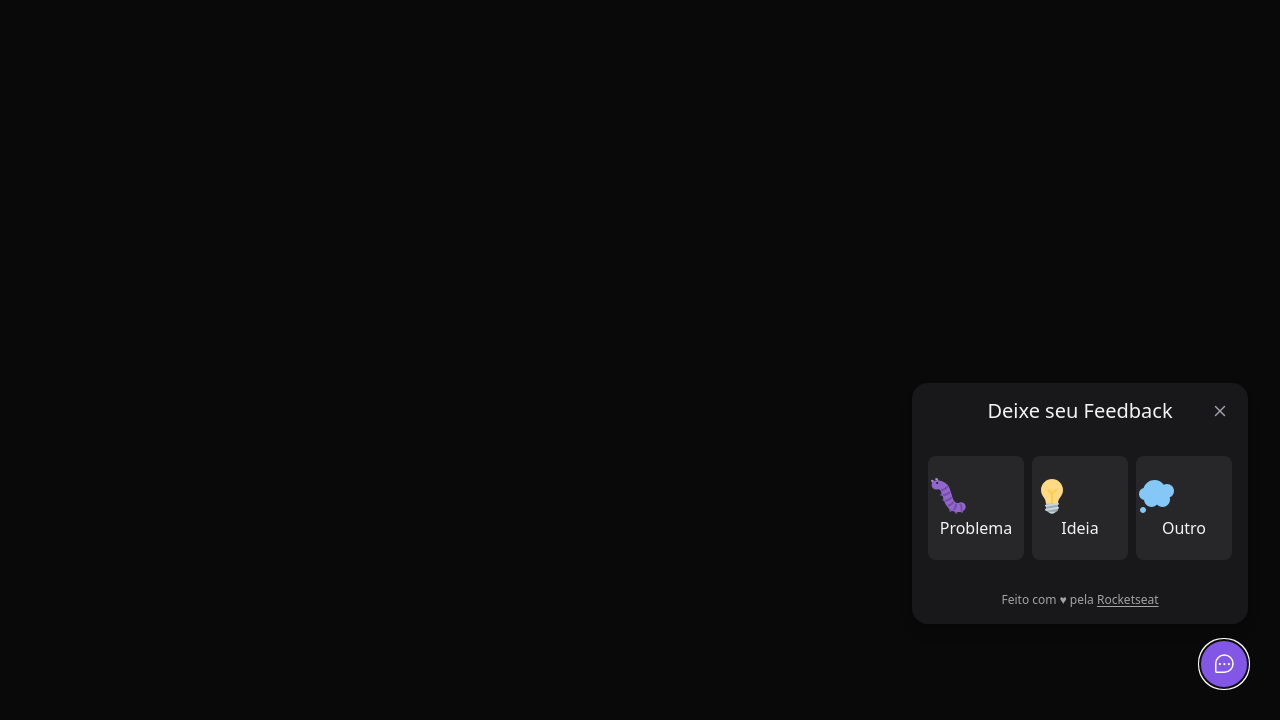
Repository: guilhermecardoso93/nlwreturn-react
Page: /, after clicking the first element matching `#headlessui-popover-button-4`
The author's editor kept a copy of each file at every save. The page is drawn from the files as they stood at one save, then again after the next save.
The browser window is 1280 px wide. The pictures show the whole page.
The project was rebuilt for these pictures with package versions that can differ from the ones it lists, and the page was loaded fresh each time. Also part of the build but not shown: vite.config.ts.

Above is the page before, as saved 2022-05-03 21:23:51.

### src/main.tsx
import React from "react";
import ReactDOM from "react-dom";
import { App } from "./App";

import "./global.css";

ReactDOM.render(
  <React.StrictMode>
    <App />
  </React.StrictMode>,
  document.getElementById("root")
);

### src/App.tsx
import { Widget } from "./components/Widget";

export function App() {
  return (
    <>
      <Widget/>
    </>
  );
}

### src/global.css
@tailwind base;
@tailwind components;
@tailwind utilities;

body {
  @apply bg-[#09090a] text-zinc-100
}

### src/components/Widget.tsx
import { Popover } from "@headlessui/react";
import { ChatTeardropDots } from "phosphor-react";
import { WidgetForm } from "./WidgetForm";

export function Widget() {
  return (
    <>
      <Popover className="absolute bottom-4 right-4 md:bottom-8 md:right-8 flex flex-col items-end">
        <Popover.Panel>
          <WidgetForm/>
        </Popover.Panel>
        <Popover.Button className="bg-brand-500 rounded-full px-3 h-12 text-white flex items-center group">
          <ChatTeardropDots className="w-6 h-6" />
          <span className="max-w-0 overflow-hidden group-hover:max-w-xs transition-all duration-500 ease-linear">
            <span className="pl-2"></span>
            Feedback
          </span>
        </Popover.Button>
      </Popover>
    </>
  );
}

### src/components/WidgetForm.tsx
import { CloseButton } from "./CloseButton";

import bugImageUrl from "../assets/bug.svg";
import ideiaImageUrl from "../assets/idea.svg";
import thoughtImageUrl from "../assets/thought.svg";

const feedbackTypes = {
  BUG: {
    title: "Problema",
    image: {
      source: bugImageUrl,
      alt: "Imagem de um inseto"
    }
  },
  IDEIA: {
    title: "Ideia",
    image: {
      source: ideiaImageUrl,
      alt: "Imagem de uma lâmpada"
    }
  },
  OTHER: {
    title: "Outro",
    image: {
      source: thoughtImageUrl,
      alt: "Imagem de balão de pensamento"
    }
  }
};

export function WidgetForm() {
  return (
    <div className="bg-zinc-900 p-4 relative rounded-2xl mb-4 flex flex-col items-center shadow-lg w-[calc(100vw-2rem)] md:w-auto">
      <header>
        <span className="text-xl leading-6">Deixe seu Feedback</span>
        <CloseButton />
      </header>
      <div className="flex py-8 gap-2 w-full">
        {Object.entries(feedbackTypes).map(([key, value]) => {
          return (
            <button
              className="bg-zinc-800 rounded-lg py-5 w-24 flex-1 flex-col items-center gap-2"
              type='button'
            >
              <img src={value.image.source} alt={value.image.alt} />
              <span>{value.title}</span>
            </button>
          );
        })}
      </div>
      <footer className="text-xs text-neutral-400">
        Feito com ♥ pela{" "}
        <a
          href="https://rocketseat.com.br"
          target="_blank"
          className="underline underline-offset-2"
        >
          Rocketseat
        </a>
      </footer>
    </div>
  );
}

### src/components/CloseButton.tsx
import { Popover } from "@headlessui/react";
import { X } from "phosphor-react";

export function CloseButton() {
  return (
    <Popover.Button
      className="top-5 right-5 absolute text-zinc-400 hover:text-zinc-100"
      title="Fechar formulário de Feedback"
    >
      <X className="w-4 h-4" weight="bold" />
    </Popover.Button>
  );
}

Loaded but not shown: index.html (common file); tailwind.config.js (common file)

After the next save:
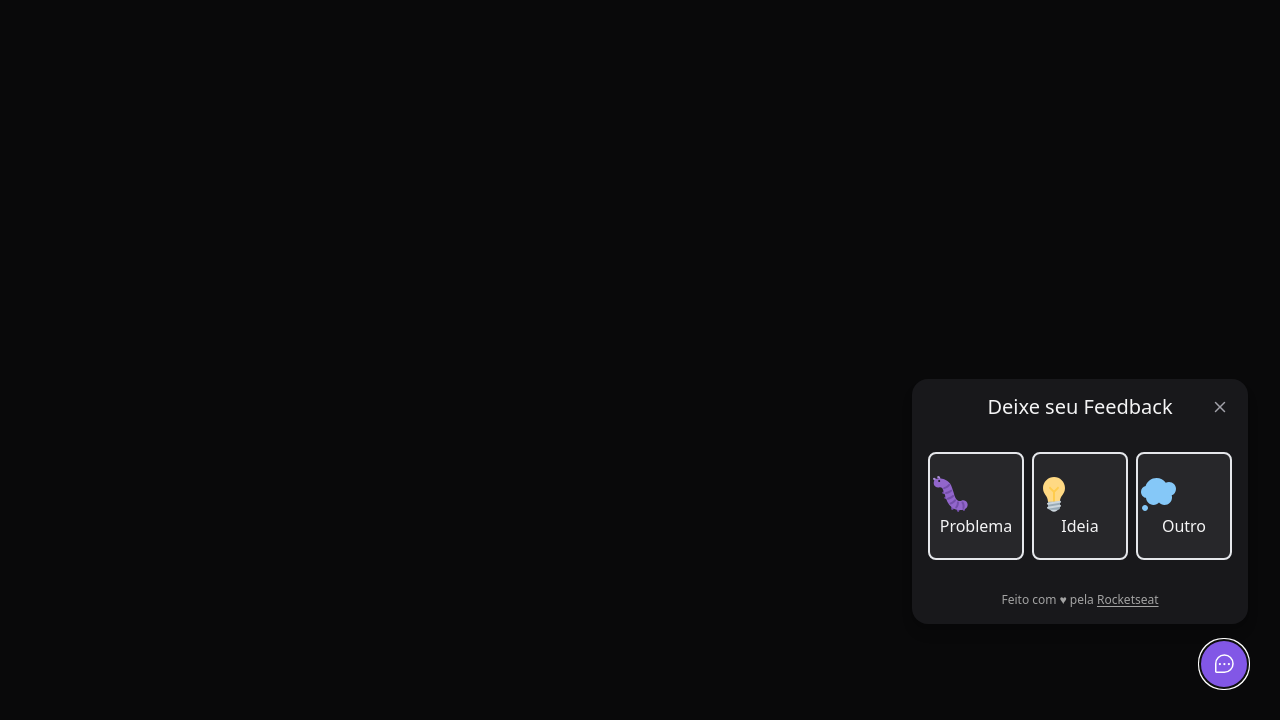
Saved 6 s later.
--- a/src/components/WidgetForm.tsx
+++ b/src/components/WidgetForm.tsx
@@ -39,7 +39,7 @@ export function WidgetForm() {
         {Object.entries(feedbackTypes).map(([key, value]) => {
           return (
             <button
-              className="bg-zinc-800 rounded-lg py-5 w-24 flex-1 flex-col items-center gap-2"
+              className="bg-zinc-800 rounded-lg py-5 w-24 flex-1 flex-col items-center gap-2 border-2"
               type='button'
             >
               <img src={value.image.source} alt={value.image.alt} />
